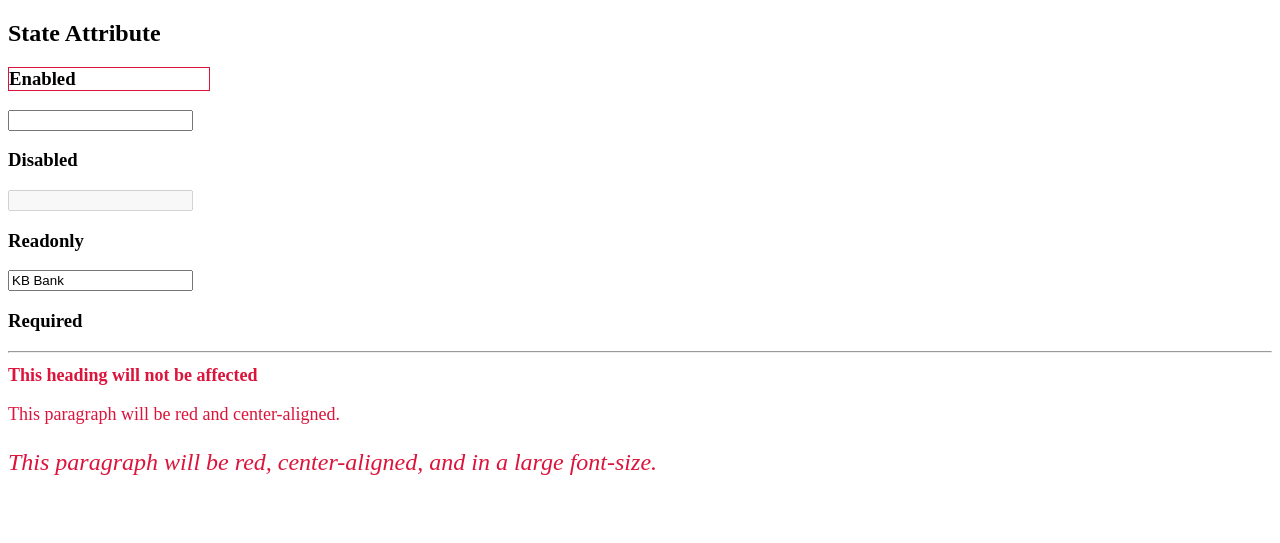
Repository: daeun0220/KB_EDU_JAVA
Page: work03_FrontUI/front02_CSS3/src/main/webapp/css02_state.html
These files come from the project's save history. The page is drawn as it stood at one moment and after the next save; the edit follows.
The browser window is 1280 px wide. The pictures show the whole page.

Above is the page before, as saved 2023-08-08 01:13:28.

### work03_FrontUI/front02_CSS3/src/main/webapp/css02_state.html
<!DOCTYPE html>
<html>
<head>
<meta charset="UTF-8">
 <meta name="viewport" content="width=device-width, initial-scale=1.0">
<title>Insert title here</title>
<style>
	.accent{
		color:crimson;
		font-size:18px;
	}
	.larger{
		font-size:24px;
		font-style:italic;
	}
	#box{
		width: 200px;
		border: 1px solid crimson;
	}
</style>
</head>
<body>
<!--
block tag (자동 줄바꿈)
inline tag
 -->
<h2>State Attribute</h2>
<form action="#">
	<h3 id="box">Enabled</h3>
	<input type="text" />


	<h3>Disabled</h3>
	<input type="text" disabled="disabled">

	<h3>Readonly</h3>
	<input type="text" readonly="readonly" value="KB Bank">

	<h3>Required</h3>

</form>
<hr>
<h1 class="accent">This heading will not be affected</h1>
<p class="accent">This paragraph will be red and center-aligned.</p>
<p class="accent larger" >This paragraph will be red, center-aligned, and in a large font-size.</p>
</body>
</html>

After the next save:
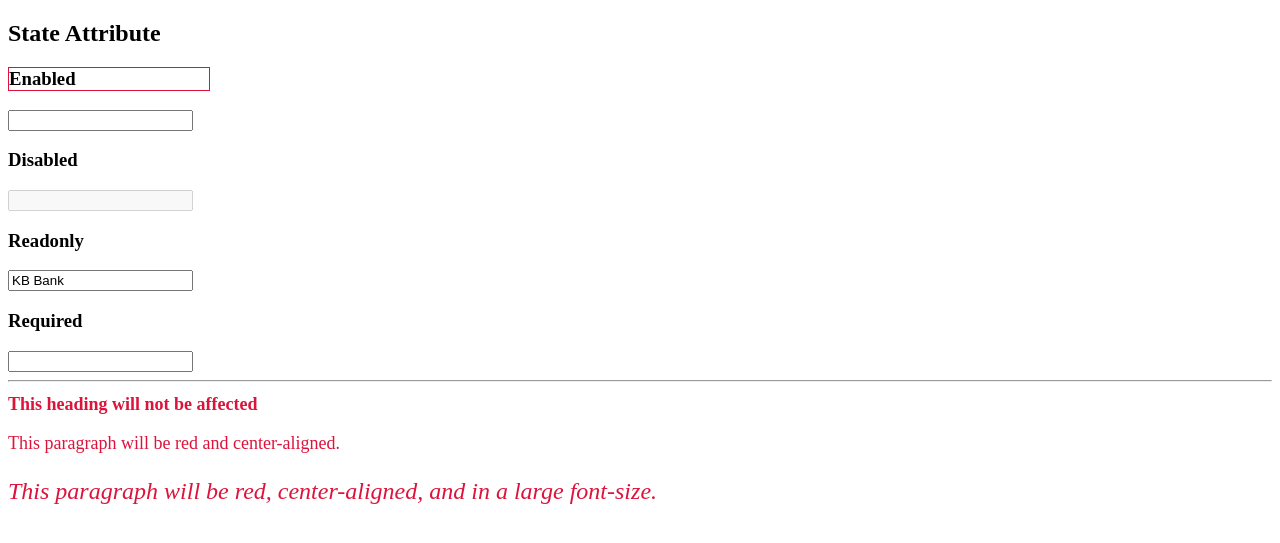
Saved 38 s later.
--- a/work03_FrontUI/front02_CSS3/src/main/webapp/css02_state.html
+++ b/work03_FrontUI/front02_CSS3/src/main/webapp/css02_state.html
@@ -37,7 +37,7 @@ inline tag
 	<input type="text" readonly="readonly" value="KB Bank">
 
 	<h3>Required</h3>
-
+	<input type="text" required="required">
 </form>
 <hr>
 <h1 class="accent">This heading will not be affected</h1>
